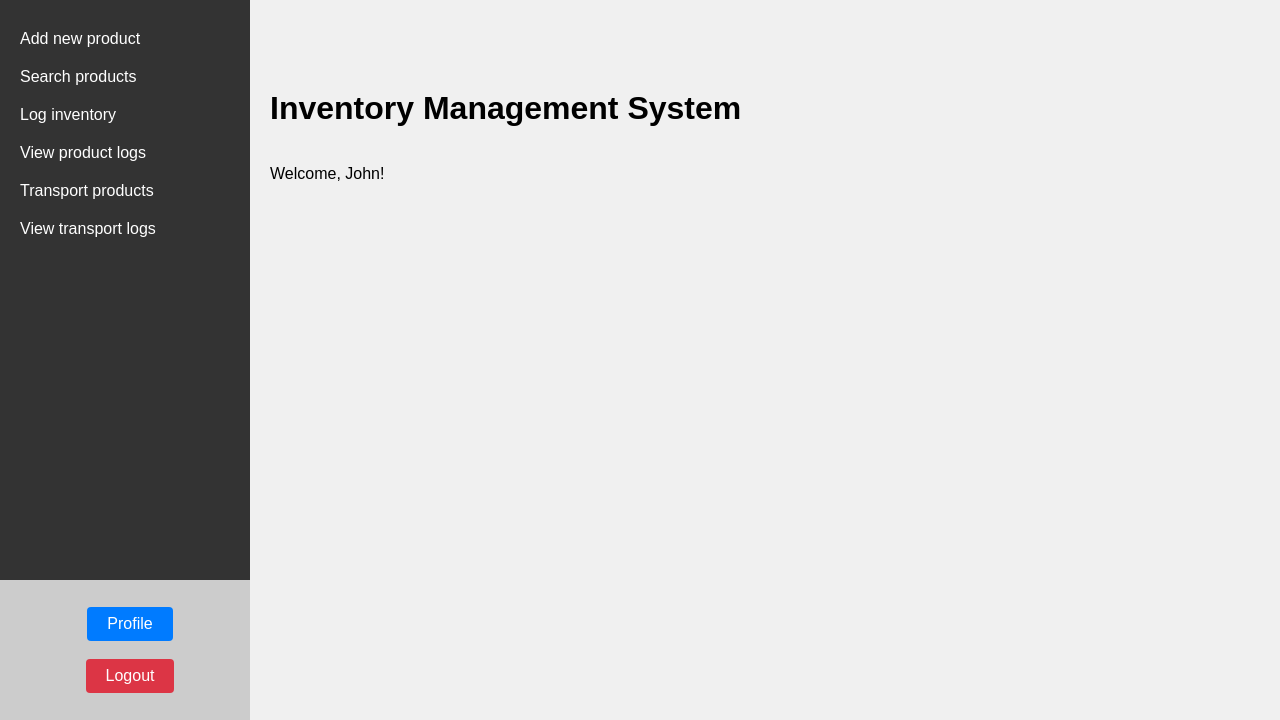
Repository: Warspinix/Flask-Web-Applications
Page: http://localhost/dashboard
The author's editor kept a copy of each file at every save. The page is drawn from the files as they stood at one save, then again after the next save.
The browser window is 1280 px wide. The pictures show the whole page.
The page is served by the project's application, run on Flask 3 (app.py). The session is filled in as if someone had signed in: {"user_id": 1, "first_name": "John"}.

Above is the page before, as saved 2024-06-13 22:34:19.

After the next save:
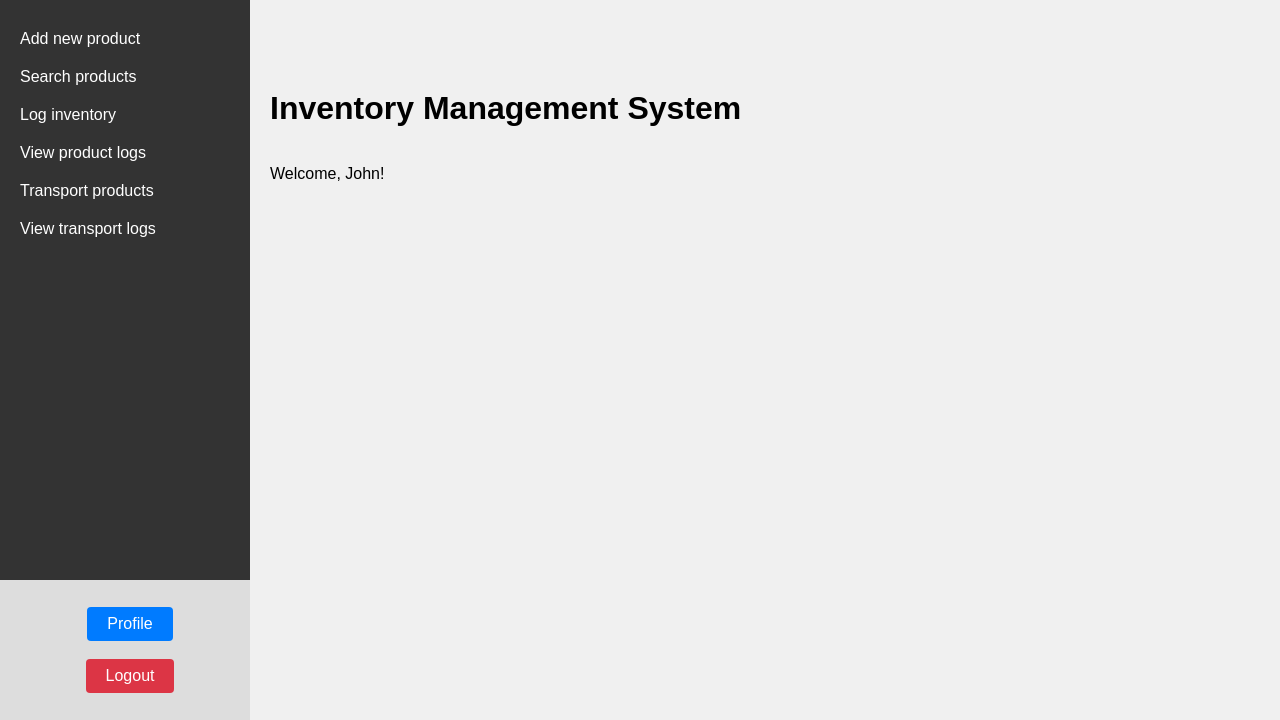
Saved 7 s later.
--- a/static/style.css
+++ b/static/style.css
@@ -81,7 +81,7 @@ h1 {
 .profile-logout {
     display: flex;
     flex-direction: column;
-    background-color: #ccc;
+    background-color: #ddd;
     align-items: center;
     justify-content: center;
     text-align: right;
